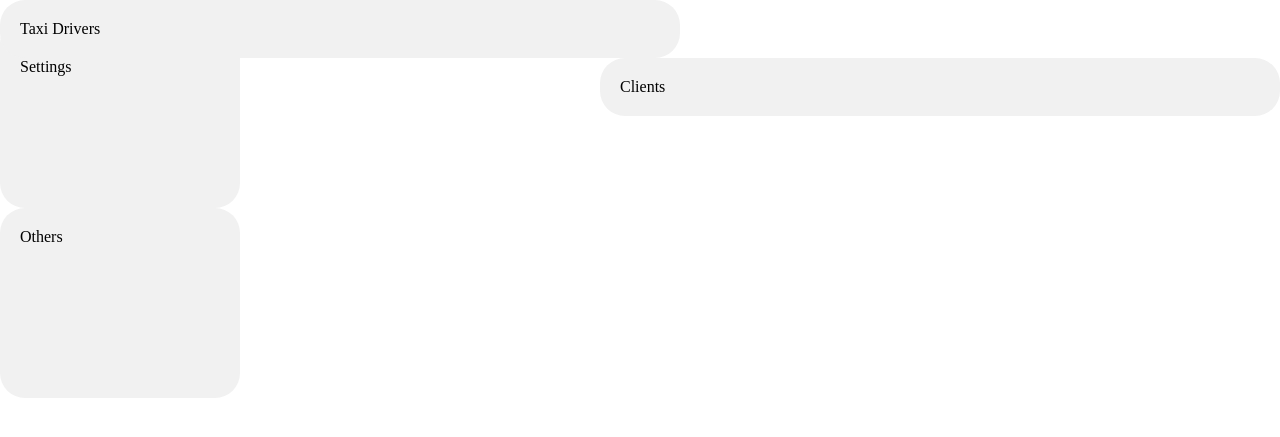
Repository: ash-the-reaper/TaxiRoot
Page: UI/WebContent/home.html
These files come from the project's save history. The page is drawn as it stood at one moment and after the next save; the edit follows.
The browser window is 1280 px wide. The pictures show the whole page.

Above is the page before, as saved 2017-03-19 02:17:55.
Console error: ReferenceError: CONTEXT_PATH is not defined

After the next save:
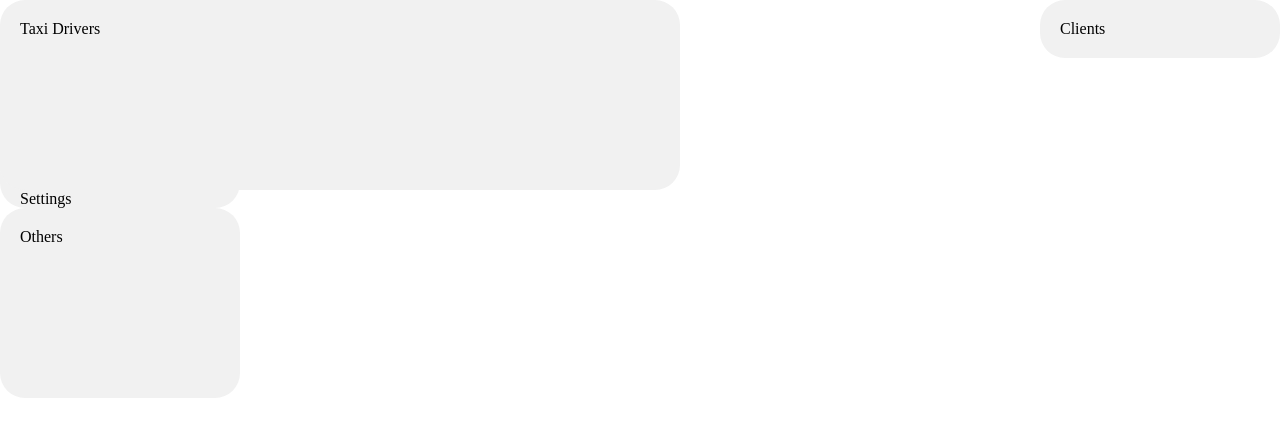
Saved 36 s later.
--- a/UI/WebContent/home.html
+++ b/UI/WebContent/home.html
@@ -18,7 +18,7 @@
 
 <body ng-app="ngApp" ng-controller="ngCtrl">
 
-	<div id ="rcorners" style="width: 50%; height: 50%; float:left;" > Taxi Drivers </div>  <div id ="rcorners" style="width: 50%; height: 50%; float:right;"> Clients </div>
+	<div id ="rcorners" style="width: 50%; float:left;" > Taxi Drivers </div>  <div id ="rcorners" style="height: 50%; float:right;"> Clients </div>
 
 	<br/>
 
